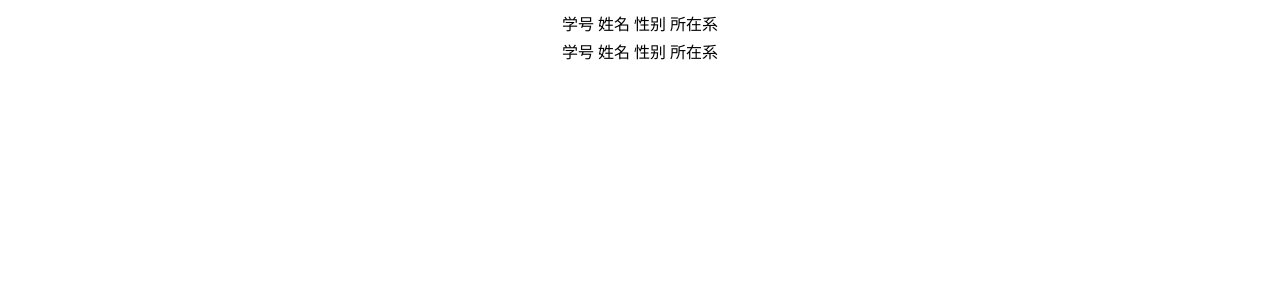
Repository: YuHaoXiang/Yhx
Page: http://localhost/StudentMsg/main.jsp
The author's editor kept a copy of each file at every save. The page is drawn from the files as they stood at one save, then again after the next save.
The browser window is 1280 px wide. The pictures show the whole page.
The page is served by Tomcat 9. Other server files are loaded and not shown. Queries for data that is not in the repository find no rows.

Above is the page before, as saved 2016-03-04 01:44:55.

### StudentMsg/WebContent/main.jsp
<%@ page  language="java" contentType="text/html; charset=utf-8"
    pageEncoding="utf-8"%>
<%@ page import ="java.sql.*" %>
<!DOCTYPE html PUBLIC "-//W3C//DTD HTML 4.01 Transitional//EN" "http://www.w3.org/TR/html4/loose.dtd">
<html>
<head>
<meta http-equiv="Content-Type" content="text/html; charset=utf-8">
<title>学生信息</title>
<%
	String driverName = "com.microsoft.sqlserver.jdbc.SQLServerDriver"; //加载JDBC驱动
	String dbURL = "jdbc:sqlserver://localhost:1433;DatabaseName=Yhx"; //连接服务器和数据库sample
	String userName = "sa"; //默认用户名
	String userPwd = "950830"; //密码
	Connection conn=null;
	Statement stmt = null;
	ResultSet rs = null;

	try {
		Class.forName(driverName);
		conn = DriverManager.getConnection(dbURL, userName, userPwd);
		stmt = conn.createStatement();
		rs = stmt.executeQuery("select * from Student");
	} catch (Exception e) {
		e.printStackTrace();
	}

%>
</head>
<body>
<center>
<table>
<tr>
<td>学号
</td>
<td>姓名
</td>
<td>性别
</td>
<td>所在系
</td>
</tr>
<tr>
<td>学号
</td>
<td>姓名
</td>
<td>性别
</td>
<td>所在系
</td>
</tr>
</table>
</center>
</body>
</html>

After the next save:
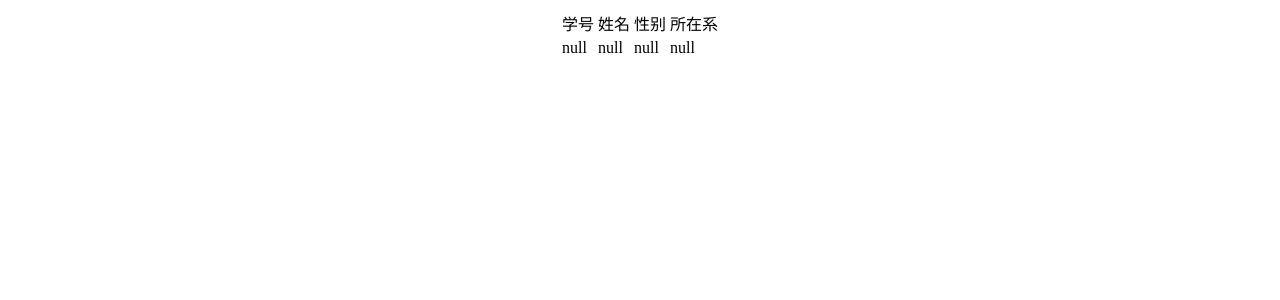
Saved 103 s later.
--- a/StudentMsg/WebContent/main.jsp
+++ b/StudentMsg/WebContent/main.jsp
@@ -40,13 +40,13 @@
 </td>
 </tr>
 <tr>
-<td>学号
+<td><%=rs.getString(1) %>
 </td>
-<td>姓名
+<td><%=rs.getString(2) %>
 </td>
-<td>性别
+<td><%=rs.getString(3) %>
 </td>
-<td>所在系
+<td><%=rs.getString(3) %>
 </td>
 </tr>
 </table>
